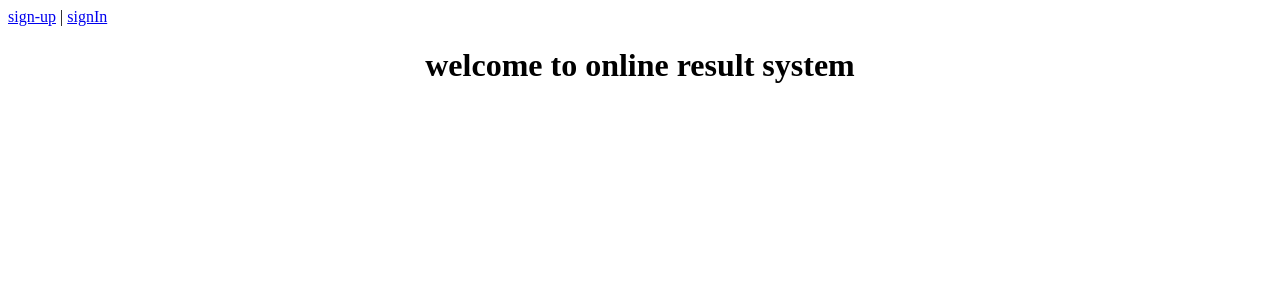
Repository: aryan190504/Advance-java
Page: http://localhost/DynamicWebProject/Welcome.jsp
An editor plug-in stored every save of this project. The page is shown before and after the next save, followed by the edit.
The browser window is 1280 px wide. The pictures show the whole page.
The page is served by Tomcat 9. Other server files are loaded and not shown.

Above is the page before, as saved 2024-09-12 13:48:05.

### Dynamicadvance/DynamicWebProject/WebContent/Welcome.jsp
<%@ page language="java" contentType="text/html; charset=ISO-8859-1"
	pageEncoding="ISO-8859-1"%>
<!DOCTYPE html>
<html>
<head>
<meta charset="ISO-8859-1">
<title>Insert title here</title>
</head>
<body>

	<%@ include file="Header.jsp"%>
	<h1 align="center"> welcome to online result system</h1>

</body>
</html>

### Dynamicadvance/DynamicWebProject/WebContent/Header.jsp
<%@page import="com.rays.bean.UserBean"%>
<%@ page language="java" contentType="text/html; charset=ISO-8859-1"
	pageEncoding="ISO-8859-1"%>
<!DOCTYPE html>
<html>
<head>
<meta charset="ISO-8859-1">
<title>Insert title here</title>
</head>
<body>
	<%
		UserBean user = (UserBean) session.getAttribute("user");
	%>

	<%
		if (user != null) {
	%>
	<a href="UserCtl">Add-User</a> |
	<a href="UserListCtl">User List</a>
	<a href="LoginCtl?operation=logout">Logout</a>
	<%
		} else {
	%>
	<a href="UserRegistrationCtl">sign-up</a> |
	<a href="LoginCtl">signIn</a>
	<%
		}
	%>



</body>
</html>

After the next save:
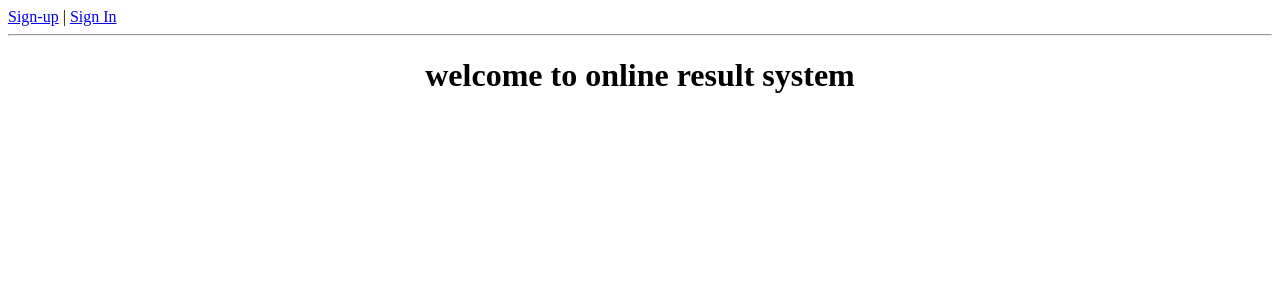
Saved 3 min 42 s later.
--- a/Dynamicadvance/DynamicWebProject/WebContent/Header.jsp
+++ b/Dynamicadvance/DynamicWebProject/WebContent/Header.jsp
@@ -8,25 +8,21 @@
 <title>Insert title here</title>
 </head>
 <body>
-	<%
-		UserBean user = (UserBean) session.getAttribute("user");
-	%>
-
-	<%
-		if (user != null) {
-	%>
-	<a href="UserCtl">Add-User</a> |
-	<a href="UserListCtl">User List</a>
-	<a href="LoginCtl?operation=logout">Logout</a>
-	<%
-		} else {
-	%>
-	<a href="UserRegistrationCtl">sign-up</a> |
-	<a href="LoginCtl">signIn</a>
-	<%
-		}
-	%>
-
+	  <%
+        // Retrieving the user object from session
+        UserBean user = (UserBean) session.getAttribute("user");
+    %>
+	   <% if (user != null) { %>
+            <!-- If user is logged in -->
+            <a href="UserCtl">Add User</a> |
+            <a href="UserListCtl">User List</a> |
+            <a href="LoginCtl?operation=Logout">Logout</a>
+        <% } else { %>
+            <!-- If user is not logged in -->
+            <a href="UserRegistrationCtl">Sign-up</a> |
+            <a href="LoginCtl">Sign In</a>
+        <% } %>
+<hr>
 
 
 </body>
